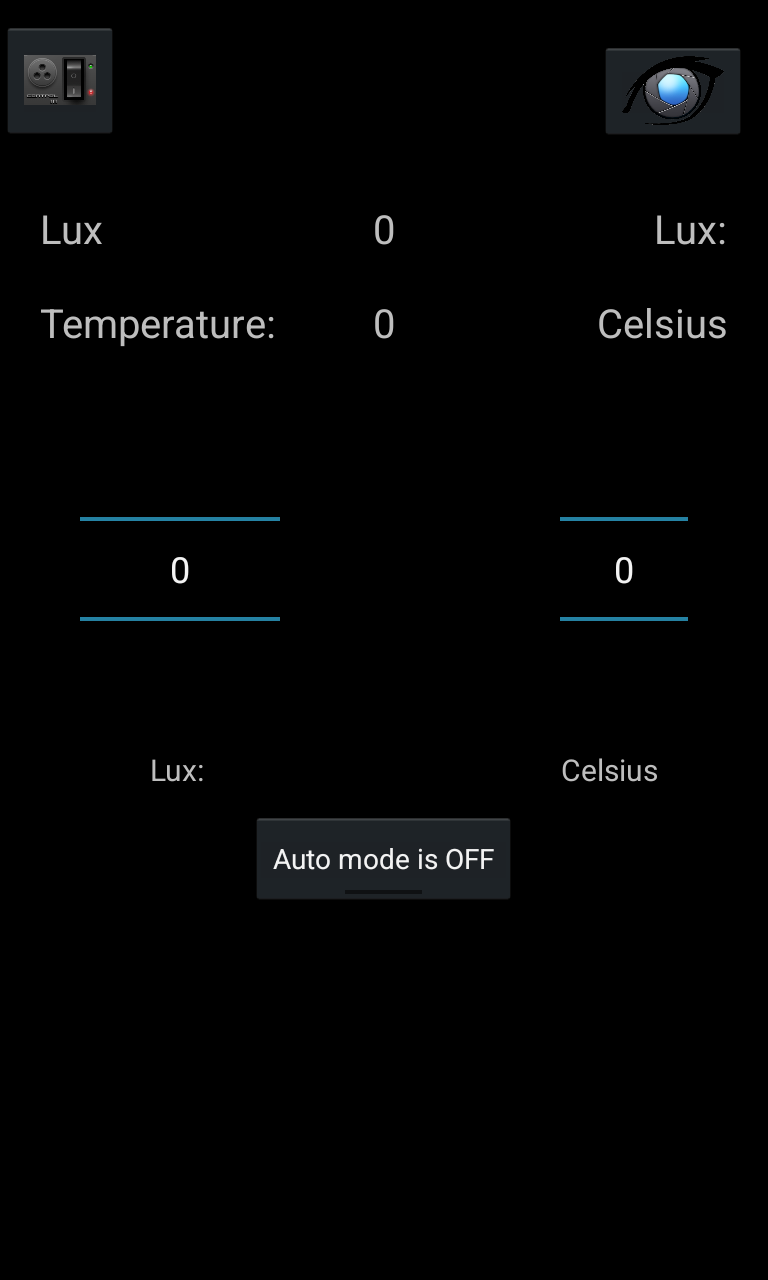
Repository: deanzaka/Shroom_IOIO_OpenCV
Layout: samples/IOIOSimpleApp/res/layout/main.xml
The author's editor kept a copy of each file at every save. The layout is drawn from the files as they stood at one save, then again after the next save.
It is drawn on a 768 x 1280 px phone screen (xhdpi) without system bars, with theme android:Theme.Holo; the app's code is not run.

Above is the layout before, as saved 2014-06-04 09:55:15.

After the next save:
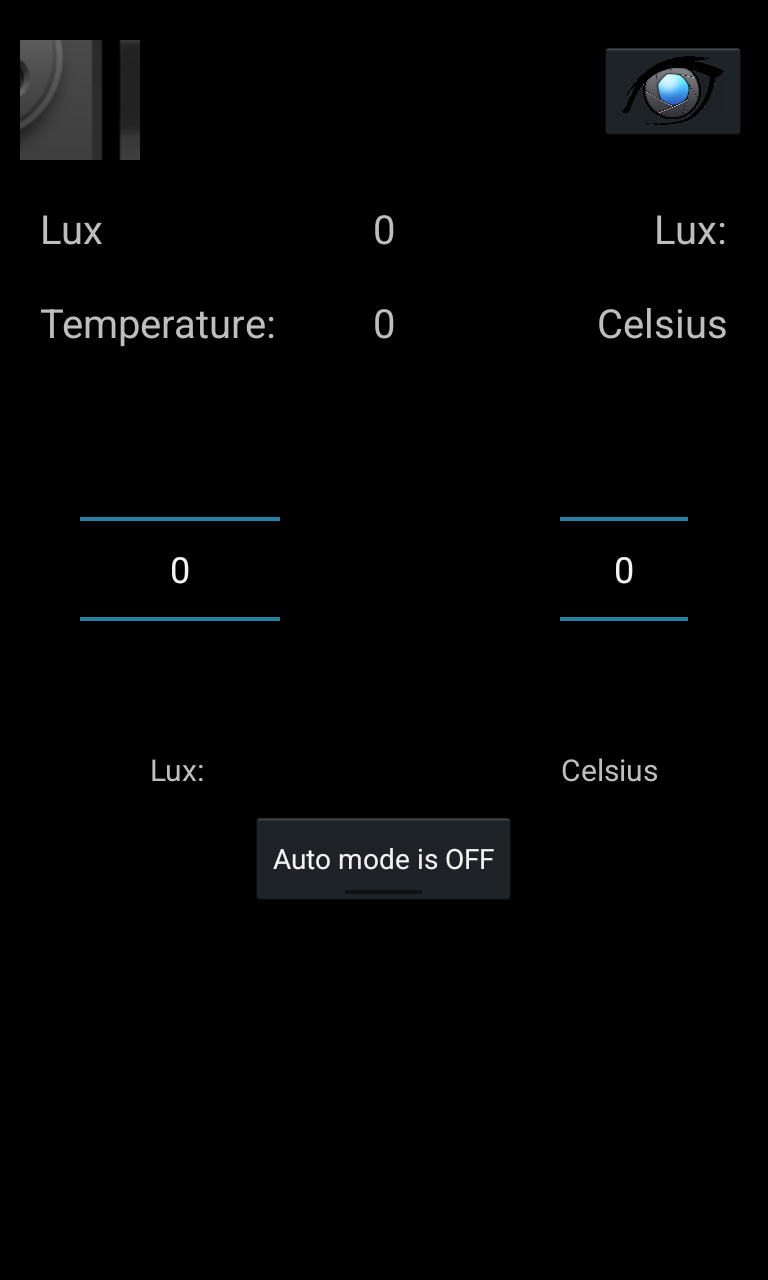
Saved 27 s later.
--- a/samples/IOIOSimpleApp/res/layout/main.xml
+++ b/samples/IOIOSimpleApp/res/layout/main.xml
@@ -30,7 +30,8 @@
 		    android:src="@drawable/panel"
 		    android:layout_height="60dp"
 		    android:layout_width="60dp"
-		    android:scaleType="fitCenter"
+		    android:layout_marginTop="10dp"
+		    android:layout_marginLeft="10dp"
 		    android:layout_alignParentLeft="true"
 		    android:onClick="menuAct"
 		    />
